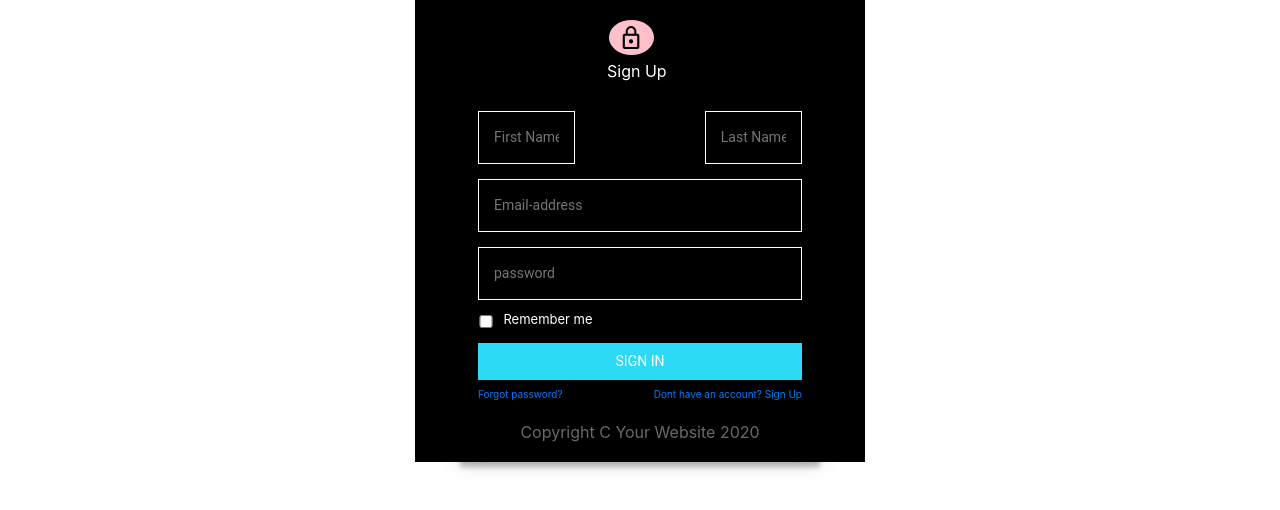
Repository: andbilous/cursor-styled-components
Page: /sign-up
The author's editor kept a copy of each file at every save. The page is drawn from the files as they stood at one save, then again after the next save.
The browser window is 1280 px wide. The pictures show the whole page.
The project was rebuilt for these pictures with package versions that can differ from the ones it lists, and the page was loaded fresh each time. Also part of the build but not shown: src/App.css, src/components/SignInForm.jsx.

Above is the page before, as saved 2020-04-19 16:46:25.

After the next save:
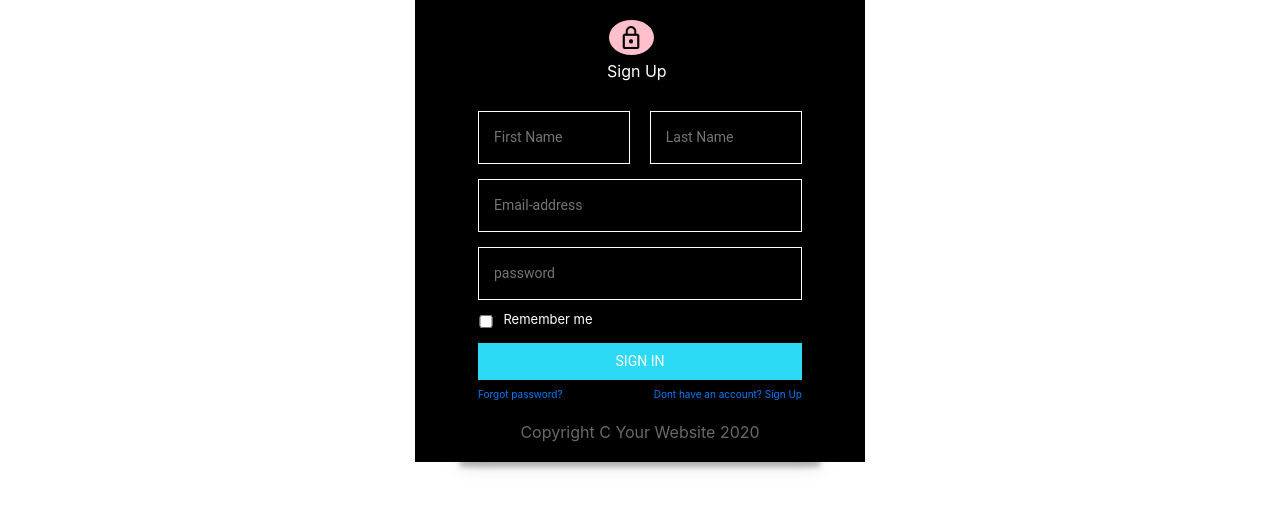
Saved 15 s later.
--- a/src/components/SignUpForm.jsx
+++ b/src/components/SignUpForm.jsx
@@ -149,7 +149,7 @@ footer{
   justify-content: space-between;
 }
 .name input{
-  width:30%
+  width:47%
 }
 `
 
